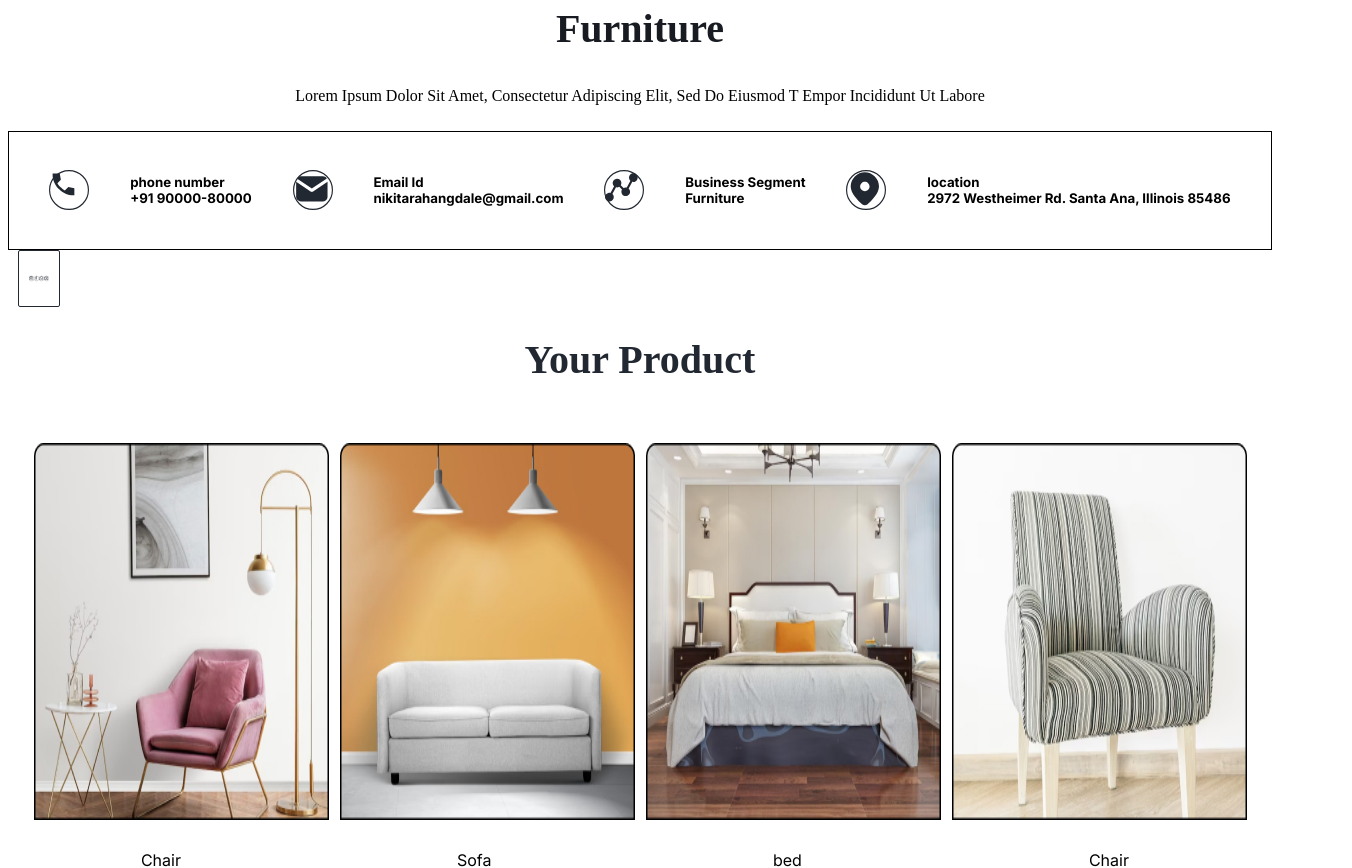
Repository: nikita120402/next13-deploy
Page: /
An editor plug-in stored every save of this project. The page is shown before and after the next save, followed by the edit.
The browser window is 1280 px wide. The page is 1352 px wide, so the pictures cover 1352 px, including what lies to the right of the window. The pictures show the part of the page from y = 764 to 1632 px (the page is 3602 px tall before and 3553 px after).
The project was rebuilt for these pictures with package versions that can differ from the ones it lists, and the page was loaded fresh each time. The framework's server and built-in components were replaced by stand-ins that run in the browser. Also part of the build but not shown: next.config.js.

Above is the page before, as saved 2023-08-08 01:13:15.

After the next save:
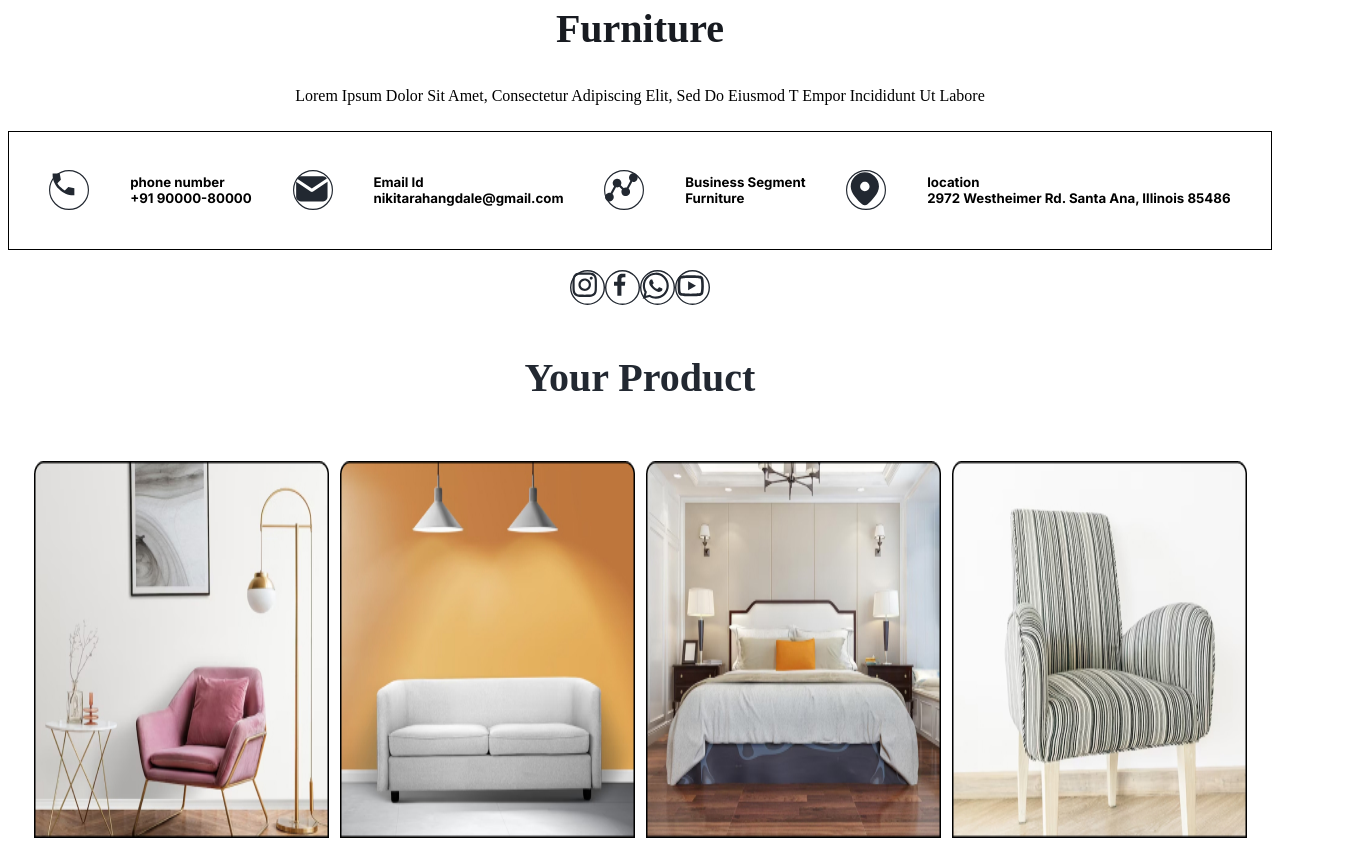
Saved 37 s later.
--- a/src/app/Design.module.css
+++ b/src/app/Design.module.css
@@ -31,15 +31,6 @@
     align-items: center;
     flex-shrink: 0;
     justify-content:center;
-    height: 10px auto;
-    padding: 10px;
-    margin: 0px 10px;
-    width: 20px;
-    border-radius: 2px;
-    border: 1.5px solid #222831;
-    background: #FFF;
-
-
 }
 
 .heading{
@@ -115,7 +106,7 @@
     display: flex;
     justify-content: center;
     padding: 5px;
-    margin: 0px 0px 50px;
+    margin: 0px 0px 0px;
 }
 .arrow{
     height: 10px auto;
